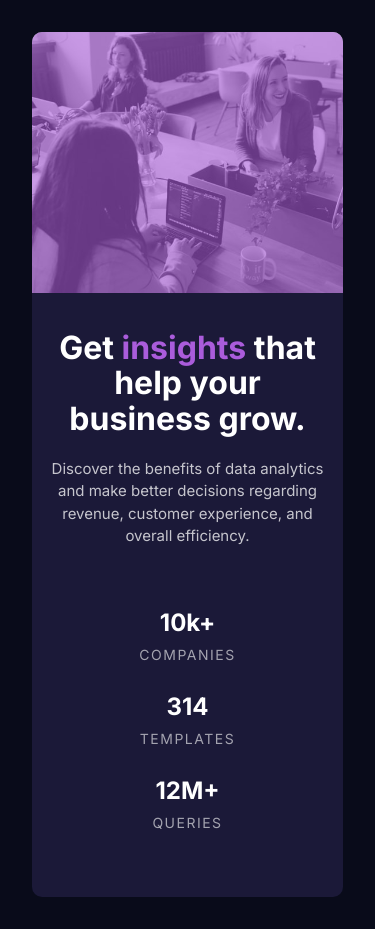
Repository: keisewarsame/stats-preview-frontendmentor
Page: index.html
An editor plug-in stored every save of this project. The page is shown before and after a run of saves, followed by the edit.
The browser window is 375 px wide. The pictures show the whole page.

Above is the page before, as saved 2022-07-12 14:27:11.

### index.html
<!DOCTYPE html>
<html lang="en">
<head>
  <meta charset="UTF-8">
  <meta name="viewport" content="width=device-width, initial-scale=1.0"> <!-- displays site properly based on user's device -->
  <link rel="icon" type="image/png" sizes="32x32" href="./images/favicon-32x32.png">
  <link rel="stylesheet" href="styles.css">
  <title>Frontend Mentor | Stats preview card component</title>
</head>
<body>
    <div class="container">
        <div class="wrapper">
            <div class="text-component">
                <h1 class="title">Get <span>insights</span> that help your business grow.</h1>
                <p class="subtitle">Discover the benefits of data analytics and make better decisions regarding revenue, customer experience, and overall efficiency.</p>
                <div class="stats-component">
                    <div>
                        <p class="num">10k+</p>
                        <p class="stats-sub">Companies</p>
                    </div>
                    <div>
                        <p class="num">314</p>
                        <p class="stats-sub">Templates</p>
                    </div>
                    <div>
                        <p class="num">12M+</p>
                        <p class="stats-sub">Queries</p>
                    </div>
                </div>
            </div>
            <div class="image-component">
                <img src="/images/image-header-desktop.jpg" alt="">
            </div>
        </div>
    </div>
</body>
</html>

### styles.css
@import url('https://fonts.googleapis.com/css2?family=Inter:wght@400;700&family=Lexend+Deca&display=swap');

* {
    margin: 0;
    padding: 0;
}

body {
    font-family: 'Inter', sans-serif;
    display: flex;
    align-items: center;
    min-height: 100vh;
    background-color: hsl(233, 47%, 7%);
}

.container {
    margin: 0 auto;
    max-width: 1040px;
}

.wrapper {
    background-color: hsl(244, 38%, 16%);
    display: grid;
    grid-template-columns: 1fr 1fr;
    border-radius: 10px;
    overflow: hidden;
    margin: 2rem;
}

.text-component {
    padding: 13%;
    font-family: 'Inter', sans-serif;
}

.title {
    color: hsl(0, 0%, 100%);
    padding-bottom: 22px;
    font-weight: 700;
}

.title span {
    color: hsl(277, 64%, 61%)
}

.subtitle {
    color: hsla(0, 0%, 100%, 0.75);
    line-height: 1.5;
    font-size: 15px;
}

.stats-component {
    display: flex;
    justify-content: space-between;
    padding-top: 60px;
}

.num {
    color: hsl(0, 0%, 100%);
    font-weight: 700;
    font-size: 24px;
    margin-bottom: 9px
}

.stats-sub {
    text-transform: uppercase;
    color: hsla(0, 0%, 100%, 0.6);
    font-size: 14px;
    letter-spacing: 1.5px;
}



.image-component {
    position: relative;
}

img {
    height: 100%;
    width: 100%;
}

.image-component::after {
    position: absolute;
    content: '';
    height: 100%;
    width: 100%;
    top: 0;
    right: 0;
    background-color: hsla(277, 64%, 61%, 0.6);;
}

@media screen and (max-width: 425px) {
    body {
        text-align: center;
    }
    .wrapper {
        grid-template-columns: 1fr;
    }

    .image-component {
        order: -1;
    }

    .stats-component {
        flex-direction: column;
    }

    .text-component {
        padding: 12% 6%;
    }

    .title {
        line-height: 1.1;
    }

    .stats-component div {
        margin-bottom: 29px;
    }
}

After the next 5 saves:
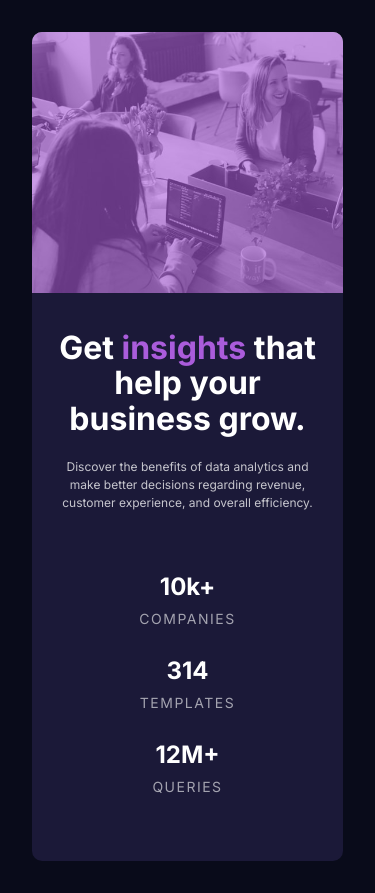
The 5 saves are shown as one change because they came seconds apart.
The last was saved 28 s later.
--- a/styles.css
+++ b/styles.css
@@ -116,4 +116,8 @@ img {
     .stats-component div {
         margin-bottom: 29px;
     }
+
+    .subtitle {
+        font-size: 12px;
+    }
 }
